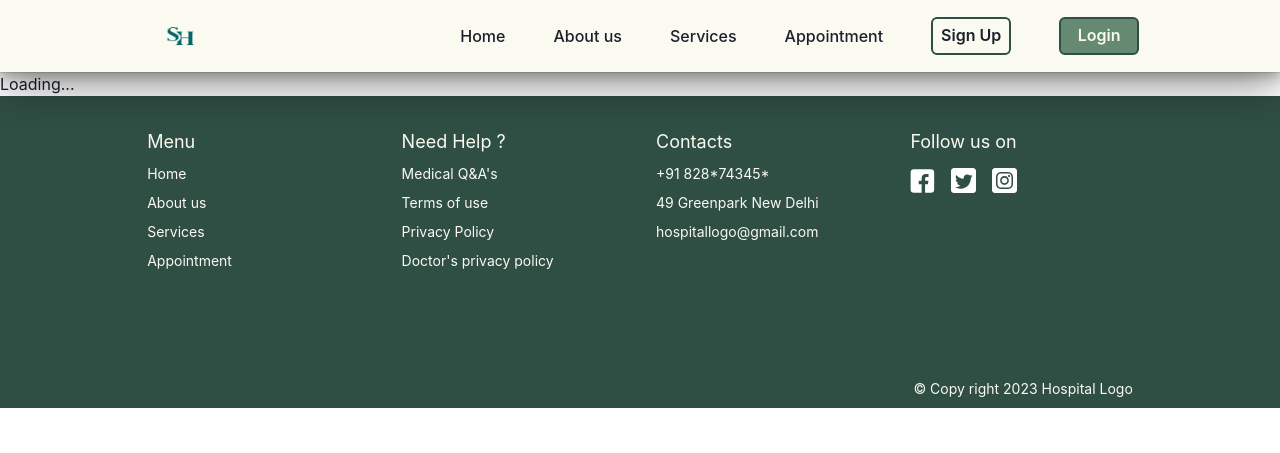
Repository: geeteshmehuria/Samrat-Hospital-Clone
Page: /appointment
The author's editor kept a copy of each file at every save. The page is drawn from the files as they stood at one save, then again after a run of saves.
The browser window is 1280 px wide. The pictures show the whole page.
The page's requests for data from a server got no answer. Some web fonts or font styles are not loaded; a fallback is used. The project was rebuilt for these pictures with package versions that can differ from the ones it lists, and the page was loaded fresh each time. No one was signed in, and anything a server would have sent is missing. Also part of the build but not shown: vite.config.js, src/Css/home.css, src/pages/Home.jsx, src/components/AppointmentComp/AppointmentBookingForm.jsx, src/components/AppointmentComp/ReviewSection.jsx, src/components/AppointmentComp/DoctorDetailBox.jsx, src/pages/Login.jsx, src/pages/SignUp.jsx and 6 more. Imported but missing from the stored project, and not drawn on this page: src/assets/AppointmentVideo.mp4.

Above is the page before, as saved 2024-01-19 20:04:03.

### src/main.jsx
import React from "react";
import ReactDOM from "react-dom";
import App from "./App.jsx";
import "./index.css";
import { ChakraProvider } from "@chakra-ui/react";
import { BrowserRouter } from "react-router-dom";

ReactDOM.createRoot(document.getElementById("root")).render(
  <ChakraProvider>
    <BrowserRouter>
      <App />
    </BrowserRouter>
  </ChakraProvider>
);

### src/App.jsx
import "./App.css";
import Navbar from "./components/Navbar/Navbar";
import Footer from "./components/Footer/Footer";
import Routers from "./routes/Routers";

function App() {
  return (
    <>
      <Navbar />
      <Routers />
      <Footer />
    </>
  );
}

export default App;

### src/App.css
@import url('https://fonts.googleapis.com/css2?family=Manrope:wght@400;500;600;700;800&family=Open+Sans:wght@600;800&family=Rethink+Sans:wght@600&display=swap');

* {
  margin: 0;
  padding: 0;
  box-sizing: border-box;
}
body{
  font-family: 'Manrope', sans-serif;
}

### src/components/Navbar/Navbar.jsx
import {
  Box,
  Button,
  useDisclosure,
  Drawer,
  DrawerOverlay,
  DrawerContent,
  DrawerCloseButton,
  DrawerHeader,
  DrawerBody,
  IconButton,
  Link,
  Image,
} from "@chakra-ui/react";
import { HamburgerIcon } from "@chakra-ui/icons";
import { Navigate } from "react-router";

const Navbar = () => {
  const { isOpen, onOpen, onClose } = useDisclosure();

  return (
    <Box
      className="n-navbar font-normal bg-bodyColor"
      boxShadow="dark-lg"
      position="sticky"
      top="0"
      zIndex="1000"
      p={4}
    >
      <Box
        className="n-navbar-innerContainer flex justify-between items-center"
        w="80%"
        margin="0 auto"
      >
        <Box className="text-xl font-bold" color="#2f4e44">
          <a href="/">
            <Image
              src="src\homepageImages\Logo1.png"
              alt="Logo"
              w="80px"
              h="40px"
              borderRadius="full"
            />{" "}
          </a>{" "}
        </Box>

        <IconButton
          icon={<HamburgerIcon color="#fafaf1" />}
          aria-label="Open navigation"
          onClick={onOpen}
          display={{ base: "flex", md: "none" }}
          bgColor="#658a71"
        />

        <Box
          className="font-medium flex flex-row justify-between items-center gap-4 md:gap-12"
          display={{ base: "none", md: "flex" }}
        >
          <a href="/">Home</a>
          <a href="/aboutus">About us</a>
          <a href="/services">Services</a>
          <a href="appointment">Appointment</a>

          <a href="/signup">
            <Button
              href="/login"
              className="font-semibold"
              _hover={{ bg: "#658a71", color: "#fafaf1" }}
              size="md"
              height="38px"
              width="80px"
              border="2px"
              variant="outline"
              borderColor="#2f4e44"
            >
              Sign Up
            </Button>
          </a>
          <a href="/login">
            <Button
              className="font-semibold"
              _hover={{ bg: "#fafaf1", color: "#658a71" }}
              size="md"
              color="#fafaf1"
              bg="#658a71"
              height="38px"
              width="80px"
              border="2px"
              variant="solid"
              borderColor="#2f4e44"
            >
              Login
            </Button>
          </a>
        </Box>
      </Box>

      <Drawer placement="right" onClose={onClose} isOpen={isOpen}>
        <DrawerOverlay />
        <DrawerContent>
          <DrawerCloseButton />
          <DrawerHeader>Menu</DrawerHeader>
          <DrawerBody>
            <Box>
              <Link
                className="hover:bg-primeGreen-600 block py-2"
                color="#2f4e44"
                href="/"
                onClick={onClose}
              >
                Home
              </Link>
              <Link
                className="block py-2"
                color="#2f4e44"
                href="/aboutus"
                onClick={onClose}
              >
                About us
              </Link>
              <Link
                className="block py-2"
                color="#2f4e44"
                href="/services"
                onClick={onClose}
              >
                Services
              </Link>
              <Link
                className="block py-2"
                color="#2f4e44"
                href="/appointment"
                onClick={onClose}
              >
                Appointment
              </Link>
            </Box>

            <Link
              className="font-semibold block mt-4 hover:bg-primeGreen-600 py-2"
              color="#2f4e44"
              href="#"
              onClick={onClose}
            >
              Sign Up
            </Link>
            <Link
              className="font-semibold block mt-2 hover:bg-primeGreen-600 py-2"
              color="#2f4e44"
              href="#"
              onClick={onClose}
            >
              Login
            </Link>
          </DrawerBody>
        </DrawerContent>
      </Drawer>
    </Box>
  );
};

export default Navbar;

### src/components/Footer/Footer.jsx
import React from "react";
import { Grid, Box, GridItem } from "@chakra-ui/react";
import "./Footer.css";

const Footer = () => {
  return (
    <footer className="n-footer px-6 flex flex-col items-center justify-center text-bodyColor bg-primeGreen">
      <Grid
        className="n-footer-gridContainer"
        templateColumns={{
          base: "repeat(2, 1fr)",
          sm: "repeat(2, 1fr)",
          md: "repeat(4, 1fr)",
          lg: "repeat(4, 1fr)",
        }}
        gap={{ base: 4, sm: 6, md: 8, lg: 8 }}
        w={{ base: "100%", sm: "80%", md: "80%", lg: "80%" }}
        mt={{ base: 6, md: 0 }}
      >
        <GridItem
          className="n-footer-grid1 flex flex-col justify-start mt-4 gap-2 mt-8"
          w="100%"
          h={{ base: "40", sm: "60", md: "40", lg: "60" }}
        >
          <h1>Menu</h1>
          <a href="#">Home</a>
          <a href="#">About us</a>
          <a href="#">Services</a>
          <a href="#">Appointment</a>
        </GridItem>
        <GridItem
          className="n-footer-grid2 flex flex-col justify-start mt-4 gap-2 mt-8"
          w="100%"
          h={{ base: "40", sm: "60", md: "40", lg: "60" }}
        >
          <h1>Need Help ?</h1>
          <a href="#">Medical Q&A's</a>
          <a href="#">Terms of use</a>
          <a href="#">Privacy Policy</a>
          <a href="#">Doctor's privacy policy</a>
        </GridItem>
        <GridItem
          className="n-footer-grid3 flex flex-col justify-start mt-4 gap-2 mt-8"
          w="100%"
          h={{ base: "40", sm: "60", md: "40", lg: "60" }}
        >
          <h1>Contacts</h1>
          <p>+91 828*74345*</p>
          <p>49 Greenpark New Delhi</p>
          <p>hospitallogo@gmail.com</p>
        </GridItem>
        <GridItem
          className="n-footer-grid4 flex flex-col justify-start mt-4 gap-2 mt-8"
          w="100%"
          h={{ base: "40", sm: "60", md: "40", lg: "60" }}
        >
          <h1>Follow us on</h1>
          <Box className="n-footer-social flex gap-4 justify-start">
            <a href="#">
              <svg
                class="n-footer-facebookimg"
                fill="none"
                viewBox="0 0 17 17"
                xmlns="http://www.w3.org/2000/svg"
              >
                <path
                  d="M14.176.824H2.68A2.252 2.252 0 0 0 .428 3.076v11.496a2.252 2.252 0 0 0 2.252 2.252h5.232v-5.84H5.934V8.706h1.978V7.028c0-.951.263-1.69.79-2.215.525-.526 1.238-.79 2.14-.79.901 0 1.485.035 1.752.1v2.029h-1.202c-.434 0-.73.092-.889.276-.158.183-.237.459-.237.826v1.452h2.253l-.3 2.278h-1.953v5.84h3.91a2.252 2.252 0 0 0 2.252-2.252V3.076A2.252 2.252 0 0 0 14.176.824Z"
                  fill="#ffffff"
                  class="fill-000000"
                ></path>
              </svg>
            </a>
            <a href="#">
              {" "}
              <svg
                class="n-footer-twitterimg"
                viewBox="0 0 512 512"
                xml:space="preserve"
                xmlns="http://www.w3.org/2000/svg"
                fill-rule="evenodd"
                clip-rule="evenodd"
                stroke-linejoin="round"
                stroke-miterlimit="2"
              >
                <path
                  d="M449.446 0C483.971 0 512 28.03 512 62.554v386.892C512 483.97 483.97 512 449.446 512H62.554C28.03 512 0 483.97 0 449.446V62.554C0 28.03 28.029 0 62.554 0h386.892ZM195.519 424.544c135.939 0 210.268-112.643 210.268-210.268 0-3.218 0-6.437-.153-9.502 14.406-10.421 26.973-23.448 36.935-38.314-13.18 5.824-27.433 9.809-42.452 11.648 15.326-9.196 26.973-23.602 32.49-40.92-14.252 8.429-30.038 14.56-46.896 17.931-13.487-14.406-32.644-23.295-53.946-23.295-40.767 0-73.87 33.104-73.87 73.87 0 5.824.613 11.494 1.992 16.858-61.456-3.065-115.862-32.49-152.337-77.241-6.284 10.881-9.962 23.601-9.962 37.088a73.57 73.57 0 0 0 32.95 61.456c-12.107-.307-23.448-3.678-33.41-9.196v.92c0 35.862 25.441 65.594 59.311 72.49a73.66 73.66 0 0 1-19.464 2.606c-4.751 0-9.348-.46-13.946-1.38 9.349 29.426 36.628 50.728 68.965 51.341-25.287 19.771-57.164 31.571-91.8 31.571-5.977 0-11.801-.306-17.625-1.073 32.337 21.15 71.264 33.41 112.95 33.41Z"
                  fill="#ffffff"
                  class="fill-000000"
                ></path>
              </svg>
            </a>
            <a href="#">
              {" "}
              <svg
                class="n-footer-instaimg"
                viewBox="0 0 512 512"
                xml:space="preserve"
                xmlns="http://www.w3.org/2000/svg"
                fill-rule="evenodd"
                clip-rule="evenodd"
                stroke-linejoin="round"
                stroke-miterlimit="2"
              >
                <path
                  d="M449.446 0C483.971 0 512 28.03 512 62.554v386.892C512 483.97 483.97 512 449.446 512H62.554C28.03 512 0 483.97 0 449.446V62.554C0 28.03 28.029 0 62.554 0h386.892ZM256 81c-47.527 0-53.487.201-72.152 1.053-18.627.85-31.348 3.808-42.48 8.135-11.508 4.472-21.267 10.456-30.996 20.184-9.729 9.729-15.713 19.489-20.185 30.996-4.326 11.132-7.284 23.853-8.135 42.48C81.201 202.513 81 208.473 81 256s.201 53.487 1.052 72.152c.851 18.627 3.809 31.348 8.135 42.48 4.472 11.507 10.456 21.267 20.185 30.996s19.488 15.713 30.996 20.185c11.132 4.326 23.853 7.284 42.48 8.134C202.513 430.799 208.473 431 256 431s53.487-.201 72.152-1.053c18.627-.85 31.348-3.808 42.48-8.134 11.507-4.472 21.267-10.456 30.996-20.185s15.713-19.489 20.185-30.996c4.326-11.132 7.284-23.853 8.134-42.48C430.799 309.487 431 303.527 431 256s-.201-53.487-1.053-72.152c-.85-18.627-3.808-31.348-8.134-42.48-4.472-11.507-10.456-21.267-20.185-30.996-9.729-9.728-19.489-15.712-30.996-20.184-11.132-4.327-23.853-7.285-42.48-8.135C309.487 81.201 303.527 81 256 81Zm0 31.532c46.727 0 52.262.178 70.715 1.02 17.062.779 26.328 3.63 32.495 6.025 8.169 3.175 13.998 6.968 20.122 13.091 6.124 6.124 9.916 11.954 13.091 20.122 2.396 6.167 5.247 15.433 6.025 32.495.842 18.453 1.021 23.988 1.021 70.715 0 46.727-.179 52.262-1.021 70.715-.778 17.062-3.629 26.328-6.025 32.495-3.175 8.169-6.967 13.998-13.091 20.122-6.124 6.124-11.953 9.916-20.122 13.091-6.167 2.396-15.433 5.247-32.495 6.025-18.45.842-23.985 1.021-70.715 1.021-46.73 0-52.264-.179-70.715-1.021-17.062-.778-26.328-3.629-32.495-6.025-8.169-3.175-13.998-6.967-20.122-13.091-6.124-6.124-9.917-11.953-13.091-20.122-2.396-6.167-5.247-15.433-6.026-32.495-.842-18.453-1.02-23.988-1.02-70.715 0-46.727.178-52.262 1.02-70.715.779-17.062 3.63-26.328 6.026-32.495 3.174-8.168 6.967-13.998 13.091-20.122 6.124-6.123 11.953-9.916 20.122-13.091 6.167-2.395 15.433-5.246 32.495-6.025 18.453-.842 23.988-1.02 70.715-1.02Zm0 53.603c-49.631 0-89.865 40.234-89.865 89.865 0 49.631 40.234 89.865 89.865 89.865 49.631 0 89.865-40.234 89.865-89.865 0-49.631-40.234-89.865-89.865-89.865Zm0 148.198c-32.217 0-58.333-26.116-58.333-58.333s26.116-58.333 58.333-58.333 58.333 26.116 58.333 58.333-26.116 58.333-58.333 58.333Zm114.416-151.748c0 11.598-9.403 20.999-21.001 20.999-11.597 0-20.999-9.401-20.999-20.999 0-11.598 9.402-21 20.999-21 11.598 0 21.001 9.402 21.001 21Z"
                  fill="#ffffff"
                  class="fill-000000"
                ></path>
              </svg>
            </a>
          </Box>
        </GridItem>
      </Grid>
      <Box
        className="n-footer-lastContainer flex items-center justify-end text-bodyColor"
        w={{ base: "100%", sm: "80%", md: "80%", lg: "80%" }}
        h="10"
      >
        <p className="Nfooter-Grey2">© Copy right 2023 Hospital Logo</p>
      </Box>
    </footer>
  );
};

export default Footer;

### src/routes/Routers.jsx
import { Route, Routes } from "react-router";
import Home from "../pages/Home";
import Appointment from "../pages/Appointment";
import Login from "../pages/Login";
import Sign from "../pages/SignUp";
import ListingPage from "../pages/ListingPage";

const Routers = () => {
  return (
    <>
      <Routes>
        <Route path="/" element={<Home />} />
        {/* <Route path="/aboutus" element={<Aboutus />} /> */}
        <Route path="/services" element={<ListingPage />} />
        <Route path="/appointment" element={<Appointment />} />
        <Route path="/login" element={<Login />} />
        <Route path="/signup" element={<Sign />} />
      </Routes>
    </>
  );
};

export default Routers;

### src/components/Footer/Footer.css
.n-footer-facebookimg {
  width: 25px;
  height: 35px;
}

.n-footer-twitterimg {
  width: 25px;
  height: 35px;
}

.n-footer-instaimg {
  width: 25px;
  height: 35px;
}

.n-footer-grid1 > a,
p {
  font-size: 14px;
}
.n-footer-grid2 > a,
p {
  font-size: 14px;
}
.n-footer-grid3 > p {
  font-size: 14px;
}
.n-footer-grid4 > p {
  font-size: 14px;
}

.n-footer-grid1 > h1 {
  font-size: 18px;
  font-weight: 400;
}
.n-footer-grid2 > h1 {
  font-size: 18px;
  font-weight: 400;
}
.n-footer-grid3 > h1 {
  font-size: 18px;
  font-weight: 400;
}
.n-footer-grid4 > h1 {
  font-size: 18px;
  font-weight: 400;
}

### src/pages/Appointment.jsx
// src/pages/appointment.jsx
import React, { useState, useEffect } from "react";
import DoctorDetailBox from "../components/AppointmentComp/DoctorDetailBox";
import Navbar from "../components/Navbar/navbar"; // Adjust the import path as needed
import Footer from "../components/Footer/footer"; // Adjust the import path as needed
import { cardiologistsUrl } from "../assets/url";

const AppointmentPage = () => {
  const [doctorDetails, setDoctorDetails] = useState(null);
  const doctorId = 2; // Hardcoded ID

  useEffect(() => {
    fetch(cardiologistsUrl)
      .then((response) => {
        if (!response.ok) {
          throw new Error(`HTTP error! status: ${response.status}`);
        }
        return response.json();
      })
      .then((data) => {
        // Accessing the cardiologists array and finding the doctor by ID
        const doctor = data.find((doc) => doc.id === doctorId);
        setDoctorDetails(doctor);
      })
      .catch((error) => {
        console.error("Error fetching doctor details:", error);
      });
  }, []);

  if (!doctorDetails) {
    return <div>Loading...</div>; // Or any loading spinner
  }

  return (
    <>
      <DoctorDetailBox doctor={doctorDetails} />
    </>
  );
};

export default AppointmentPage;

### src/assets/url.js
export const cardiologistsUrl = "https://mock-api-ho67.onrender.com/cardiologists";
export const dentistsUrl = "https://mock-api-ho67.onrender.com/dentists";
export const pediatricUrl = "https://mock-api-ho67.onrender.com/pediatric";
export const userUrl = "https://mock-api-39gi.onrender.com/user";

### tailwind.config.js
/** @type {import('tailwindcss').Config} */
export default {
  content: ["./index.html", "./src/**/*.{js,ts,jsx,tsx}"],
  theme: {
    extend: {
      colors: {
        primeGreen: "#2f4e44",
        buttonGreen: "#658a71",
        bodyColor: "#fafaf1",
      },
    },
  },
  plugins: [],
};

Loaded but not shown: index.html (common file); src/index.css (common file)

After the next 2 saves:
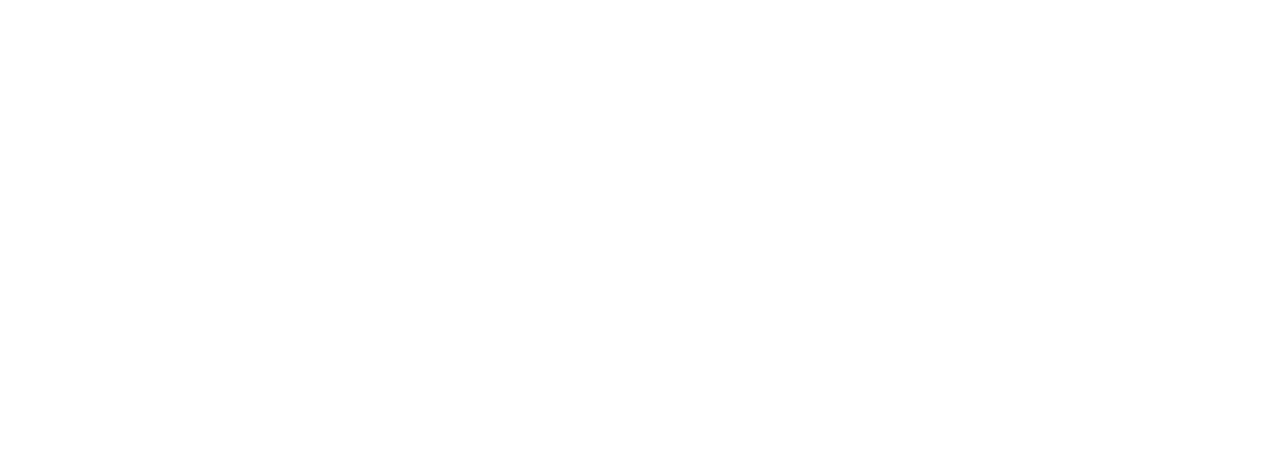
Console error: ReferenceError: Spinner is not defined
The 2 saves are shown as one change because 1 did not build or start.
The last was saved 39 s later.
--- a/src/pages/Appointment.jsx
+++ b/src/pages/Appointment.jsx
@@ -28,7 +28,11 @@
   }, []);
 
   if (!doctorDetails) {
-    return <div>Loading...</div>; // Or any loading spinner
+    return (
+      <div>
+        <Spinner />
+      </div>
+    ); // Or any loading spinner
   }
 
   return (

After the save that followed:
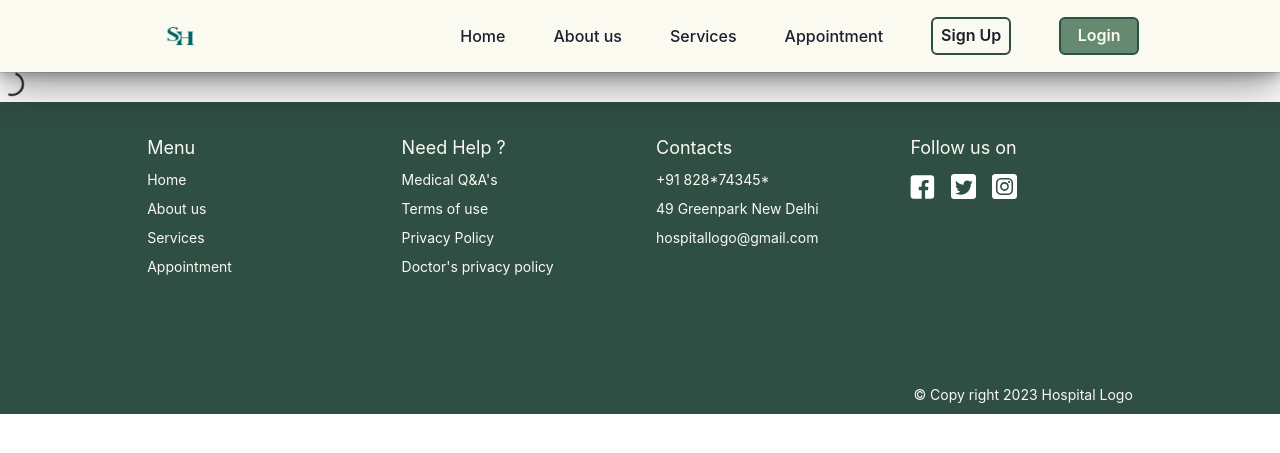
The error is gone.
Saved 9 s later.
--- a/src/pages/Appointment.jsx
+++ b/src/pages/Appointment.jsx
@@ -4,6 +4,7 @@
 import Navbar from "../components/Navbar/navbar"; // Adjust the import path as needed
 import Footer from "../components/Footer/footer"; // Adjust the import path as needed
 import { cardiologistsUrl } from "../assets/url";
+import { Spinner } from "@chakra-ui/react";
 
 const AppointmentPage = () => {
   const [doctorDetails, setDoctorDetails] = useState(null);
